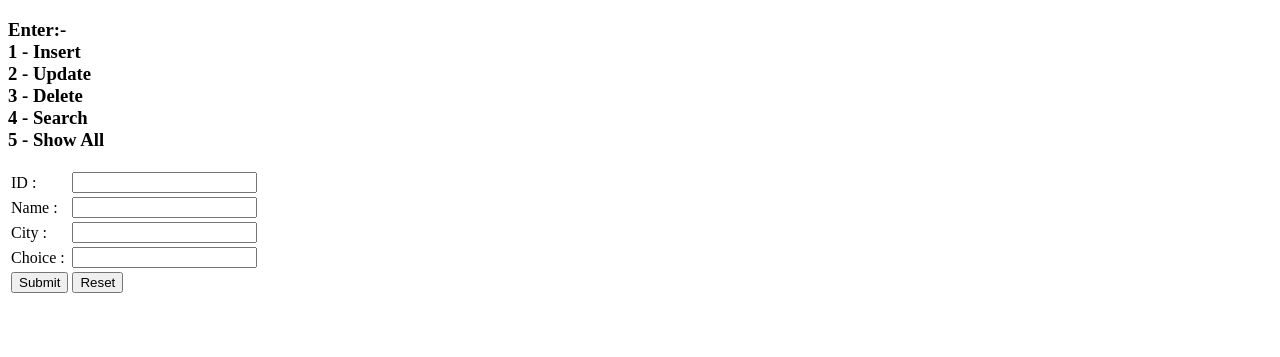
Repository: Vishalrathod8788/JEE
Page: stmt_Connectivity/WebContent/index.html
These files come from the project's save history. The page is drawn as it stood at one moment and after the next save; the edit follows.
The browser window is 1280 px wide. The pictures show the whole page.

Above is the page before, as saved 2023-10-02 04:51:33.

### stmt_Connectivity/WebContent/index.html
<!DOCTYPE html>
<html>
<head>
<meta charset="ISO-8859-1">
<title>Insert title here</title>
</head>
<body>
	<h3>
		Enter:-<br>
		1 - Insert<br>
		2 - Update<br>
		3 - Delete<br>
		4 - Search<br>
		5 - Show All<br>
	</h3>
	<form action="" method="get">
		<table>
			<tr>
				<td>ID :</td>
				<td><input type="text" name="txtID"></td>

			</tr>
			<tr>
				<td>Name :</td>
				<td><input type="text" name="txtName"></td>
			</tr>

			<tr>
				<td>City :</td>
				<td><input type="text" name="txtCity"></td>
			</tr>

			<tr>
				<td>Choice :</td>
				<td><input type="text" name="choice"></td>
			</tr>
			<tr>
				<td><input type="submit" value="Submit"></td>
				<td><input type="reset" value="Reset"></td>
			</tr>
		</table>
	</form>
</body>
</html>

After the next save:
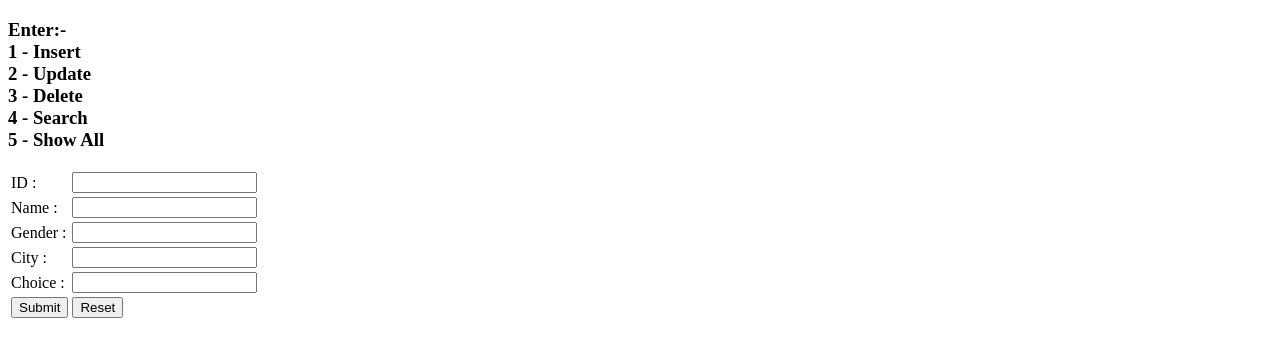
Saved 40 s later.
--- a/stmt_Connectivity/WebContent/index.html
+++ b/stmt_Connectivity/WebContent/index.html
@@ -26,6 +26,11 @@
 			</tr>
 
 			<tr>
+				<td>Gender :</td>
+				<td><input type="text" name="txtGender"></td>
+			</tr>
+
+			<tr>
 				<td>City :</td>
 				<td><input type="text" name="txtCity"></td>
 			</tr>
